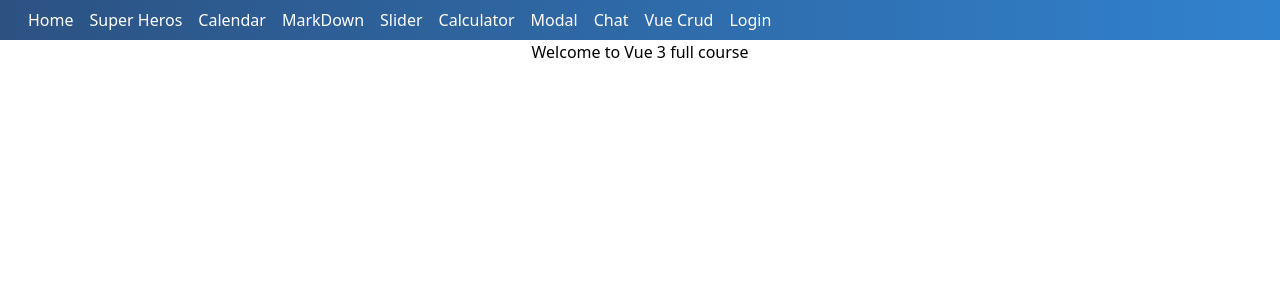
Repository: kshvkndl/VueFullCoursePractice
Page: /
The author's editor kept a copy of each file at every save. The page is drawn from the files as they stood at one save, then again after the next save.
The browser window is 1280 px wide. The pictures show the whole page.
The page's requests for data from a server got no answer. The project was rebuilt for these pictures with package versions that can differ from the ones it lists, and the page was loaded fresh each time. No one was signed in, and anything a server would have sent is missing. Also part of the build but not shown: src/components/login/GoogleLogin.vue, src/pages/SuperHeros.vue, src/pages/Calender.vue, src/utilities/composition/useDebounce.js, src/pages/MarkDown.vue, src/pages/Slider.vue, src/utilities/composition/useWindowEvent.js, src/pages/Calculator.vue and 7 more.

Above is the page before, as saved 2020-11-26 19:10:36.

After the next save:
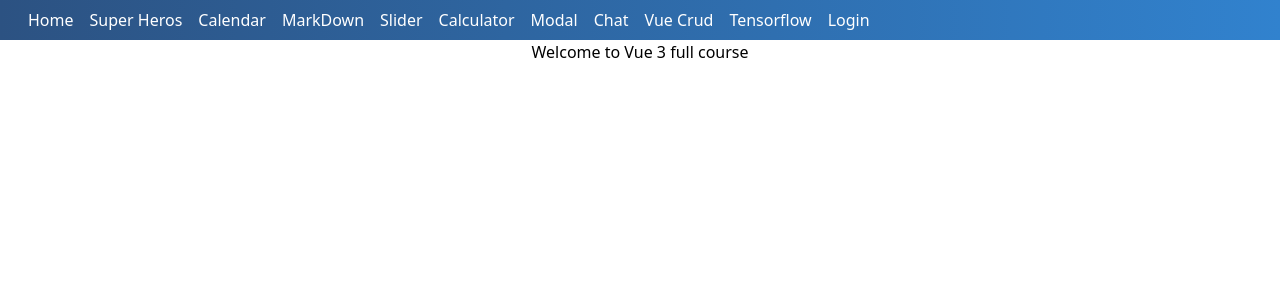
Saved 48 s later.
--- a/src/components/AppHeader.vue
+++ b/src/components/AppHeader.vue
@@ -31,6 +31,7 @@ export default {
         { title: "Modal", to: "/reusable-modal" },
         { title: "Chat", to: "/chat" },
         { title: "Vue Crud", to: "/vue-crud" },
+        { title: "Tensorflow", to: "/tensorflow" },
       ],
     };
   },
